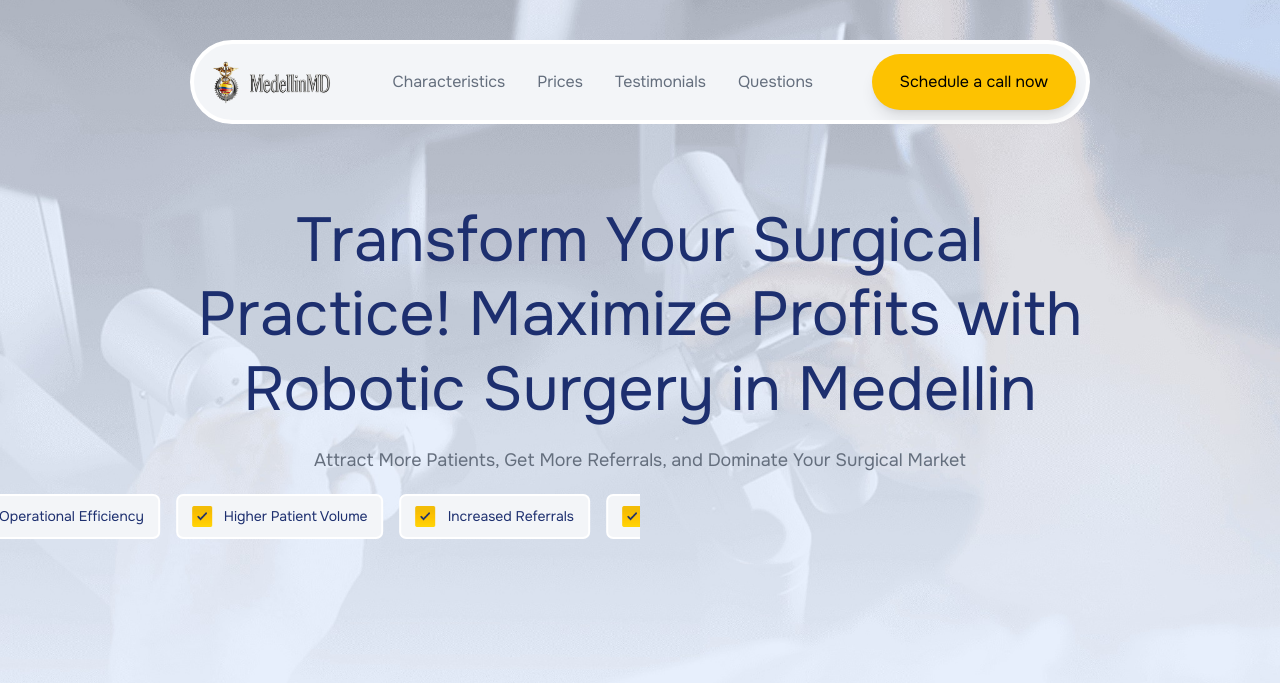
Repository: emmanueltech2019/cmd
Page: /home
An editor plug-in stored every save of this project. The page is shown before and after the next save, followed by the edit.
The browser window is 1280 px wide. The pictures show the whole page.
The project was rebuilt for these pictures with package versions that can differ from the ones it lists, and the page was loaded fresh each time. The framework's server and built-in components were replaced by stand-ins that run in the browser. Also part of the build but not shown: next.config.mjs.

Above is the page before, as saved 2025-05-15 16:52:19.

### src/app/home/page.jsx
import React from 'react'
import Image from 'next/image'
import medellinHero from '@/images/jpg/medellinHero.jpg'
import medellinLogo from '@/images/png/medellinLogo.png'
import medellinCheck from '@/images/png/medellinCheck.png'
import SlideView from '../components/SlideView'
import Button from '../components/Button'

const page = () => {
    const slideViewData = [
        { id: 1, text: 'Increased Referrals', image: medellinCheck },
        { id: 2, text: 'Premium Positioning', image: medellinCheck },
        { id: 3, text: 'Operational Efficiency', image: medellinCheck },
        { id: 4, text: 'Higher Patient Volume', image: medellinCheck },
    ];
  return (
    <>
        <div className={`h-screen w-full`}
            style={{
                backgroundImage: `url(${medellinHero.src})`,
                backgroundSize: 'cover',
                backgroundPosition: 'center',
                backgroundRepeat: 'no-repeat',
            }}
        >
            <nav className='py-5'>
                <div className="w-web-navwidth mx-auto bg-web-navwhite backdrop-blur-md p-web-nav-padding flex justify-between items-center rounded-web-radius border-white border-4 my-5">
                    <div className="w-web-logowidth h-web-logoheight flex justify-center items-center">
                        <Image src={medellinLogo} width={100} height={100} alt='medellin logo' className='w-full' />
                    </div>
                    <ul className="flex gap-web-navgap items-center text-navfontsize">
                        <li>
                            <button className='p-web-nav-padding bg-transparent hover:bg-web-blue text-web-navgray hover:text-white transition-all duration-500 rounded-web-navbtnradius'>Characteristics</button>
                        </li>
                        <li>
                            <button className='p-web-nav-padding bg-transparent hover:bg-web-blue text-web-navgray hover:text-white transition-all duration-500 rounded-web-navbtnradius'>Prices</button>
                        </li>
                        <li>
                            <button className='p-web-nav-padding bg-transparent hover:bg-web-blue text-web-navgray hover:text-white transition-all duration-500 rounded-web-navbtnradius'>Testimonials</button>
                        </li>
                        <li>
                            <button className='p-web-nav-padding bg-transparent hover:bg-web-blue text-web-navgray hover:text-white transition-all duration-500 rounded-web-navbtnradius'>Questions</button>
                        </li>
                    </ul>
                    <Button className='bg-web-yellow hover:bg-web-blue py-4 px-7 transition-all duration-500 hover:text-white shadow-lg rounded-web-radius'>Schedule a call now</Button>
                </div>
            </nav>
            <div className="mt-10 w-[100%] md:w-[70%] mx-auto">
                <h1 className="text-center text-web-blue text-webhero-font leading-webhero-lineheight">Transform Your Surgical Practice! Maximize Profits with Robotic Surgery in Medellin</h1>
                <p className='text-websubhero-font text-web-navgray text-center py-5'>Attract More Patients, Get More Referrals, and Dominate Your Surgical Market</p>
            </div>
            <div className="flex whitespace-nowrap overflow-hidden w-[50%]">
                <div className="flex animate-slide flex-shrink-0">
                    {slideViewData.map((item) => (
                        <SlideView key={`a-${item.id}`}>
                            <div className="flex gap-3">
                                <Image src={item.image} alt='medellin check' width={100} height={100} className='w-5' />
                                {item.text}
                            </div>
                        </SlideView>
                    ))}
                </div>
                <div className="flex animate-slide flex-shrink-0">
                    {slideViewData.map((item) => (
                        <SlideView key={`b-${item.id}`}>
                            <div className="flex gap-3">
                                <Image src={item.image} alt='medellin check' width={100} height={100} className='w-5' />
                                {item.text}
                            </div>
                        </SlideView>
                    ))}
                </div>
            </div>
        </div>
    </>
  )
}

export default page

### src/app/globals.css
@import url('https://fonts.googleapis.com/css2?family=Onest:wght@100..900&family=Poppins:ital,wght@0,100;0,200;0,300;0,400;0,500;0,600;0,700;0,800;0,900;1,100;1,200;1,300;1,400;1,500;1,600;1,700;1,800;1,900&display=swap');

*{
  font-family: "Onest", sans-serif;
}

@tailwind base;
@tailwind components;
@tailwind utilities;

@font-face {
  font-family: 'Onset';
  src: url('/src/fonts/Onest-VariableFont_wght.ttf') format('truetype');
  font-weight: 400;
  font-style: normal;
  font-display: swap; /* recommended for better performance */
}

### src/app/components/SlideView.jsx
import React from 'react'

const slideview = ({ children }) => {
  return (
    <div className='p-web-heroslideview bg-web-navwhite border-white border-2 rounded-web-heroslideradius text-web-navfontsize text-web-blue mx-2 flex-shrink-0'>{children}</div>
  )
}

export default slideview

### src/app/components/button.jsx
import React from 'react'

const button = ({children}) => {
  return (
    <button className='bg-web-yellow hover:bg-web-blue py-4 px-7 transition-all duration-500 hover:text-white shadow-lg rounded-web-radius'>{children}</button>
  )
}

export default button

### tailwind.config.js
/** @type {import('tailwindcss').Config} */
export default {
  content: [
    "./index.html",
    "./src/**/*.{js,ts,jsx,tsx}",
  ],
  theme: {
    extend: {
      colors: {
        'web-blue': '#1d2f6f',
        'web-yellow': '#fdc201',
        'web-navwhite': '#f3f5f8',
        'web-navgray': '#646e7d',
      },
      boxShadow: {
        'web-shadow': '#abcbff08 0px 0.602187px 2.28831px 0px,'
      },
      padding: {
        'web-btn-padding': '16px 28px',
        'web-nav-padding': '10px',
        'web-heroslideview': '10px 14px'
      },
      lineHeight: {
        'webhero-lineheight': '74.4px'
      },
      fontSize: {
        'webhero-font': '62px',
        'websubhero-font': '18px',
        'web-navfontsize': '14px'
      },
      width: {
        'web-navwidth': '900px',
        'web-logowidth': '130px',
      },
      height: {
        'web-navheight': '76px',
        'web-logoheight': '56px'
      },
      borderRadius: {
        'web-radius': '99px',
        'web-navbtnradius': '8px',
        'web-heroslideradius': '7px'
      },
      gap: {
        'web-navgap': '12px'
      },
      fontFamily: {
        myFont: ['Onset']
      },
      keyframes: {
        'slide': {
          '0%': { transform: 'translateX(0)' },
          '100%': { transform: 'translateX(-100%)' },
        },
      },
      animation: {
        'slide': 'slide 10s linear infinite',
      },
    },
  },
  plugins: [],
}

Loaded but not shown: src/app/layout.jsx (common file)

After the next save:
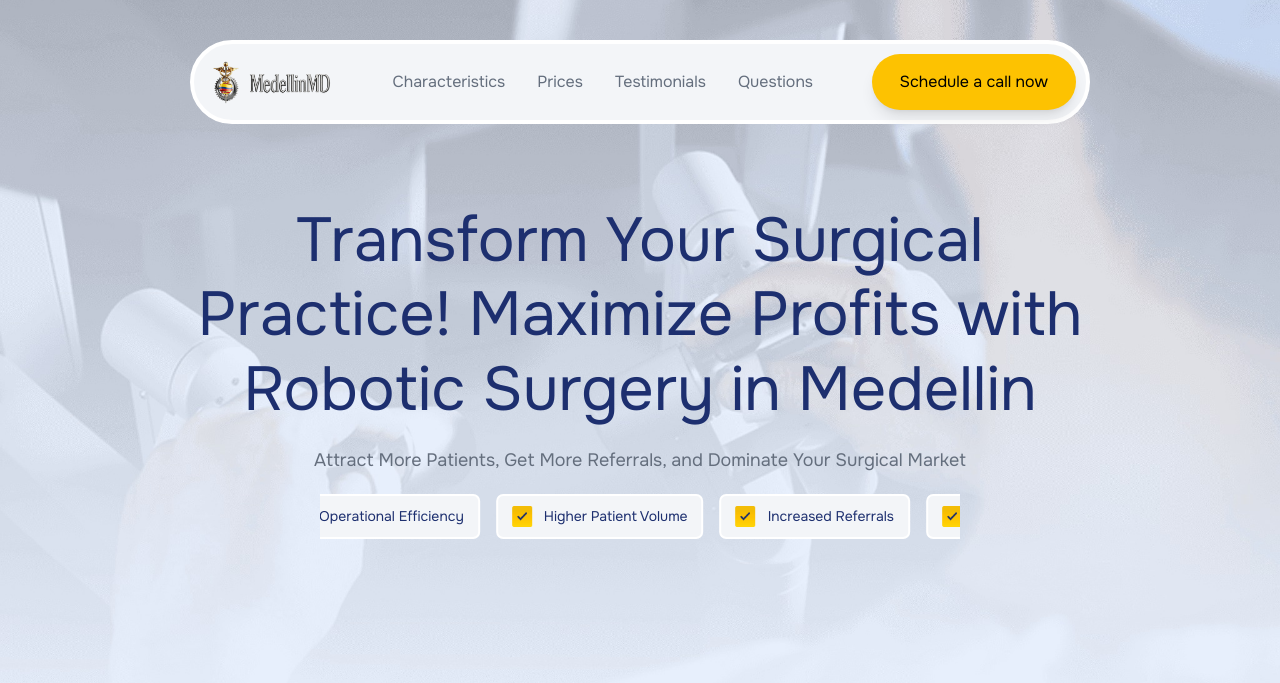
Saved 46 s later.
--- a/src/app/home/page.jsx
+++ b/src/app/home/page.jsx
@@ -49,7 +49,7 @@ const page = () => {
                 <h1 className="text-center text-web-blue text-webhero-font leading-webhero-lineheight">Transform Your Surgical Practice! Maximize Profits with Robotic Surgery in Medellin</h1>
                 <p className='text-websubhero-font text-web-navgray text-center py-5'>Attract More Patients, Get More Referrals, and Dominate Your Surgical Market</p>
             </div>
-            <div className="flex whitespace-nowrap overflow-hidden w-[50%]">
+            <div className="flex whitespace-nowrap overflow-hidden w-[50%] mx-auto">
                 <div className="flex animate-slide flex-shrink-0">
                     {slideViewData.map((item) => (
                         <SlideView key={`a-${item.id}`}>
